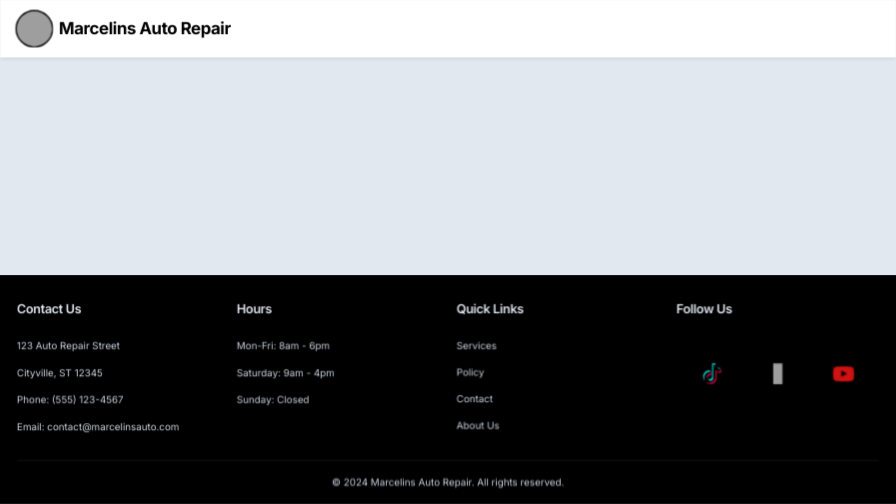
Repository: ilovegames507/twebsite-2
Page: frontend/public/login.html
These files come from the project's save history. The page is drawn as it stood at one moment and after the next save; the edit follows.
The browser window is 1280 px wide. The pictures show the part of the page from y = 0 to 1920 px (the page is 720 px tall before and 8441 px after), at 70% of full size.
Pictures or frames that could not be fetched are drawn as grey boxes.

Above is the page before, as saved 2025-03-17 23:43:09.

After the next save:
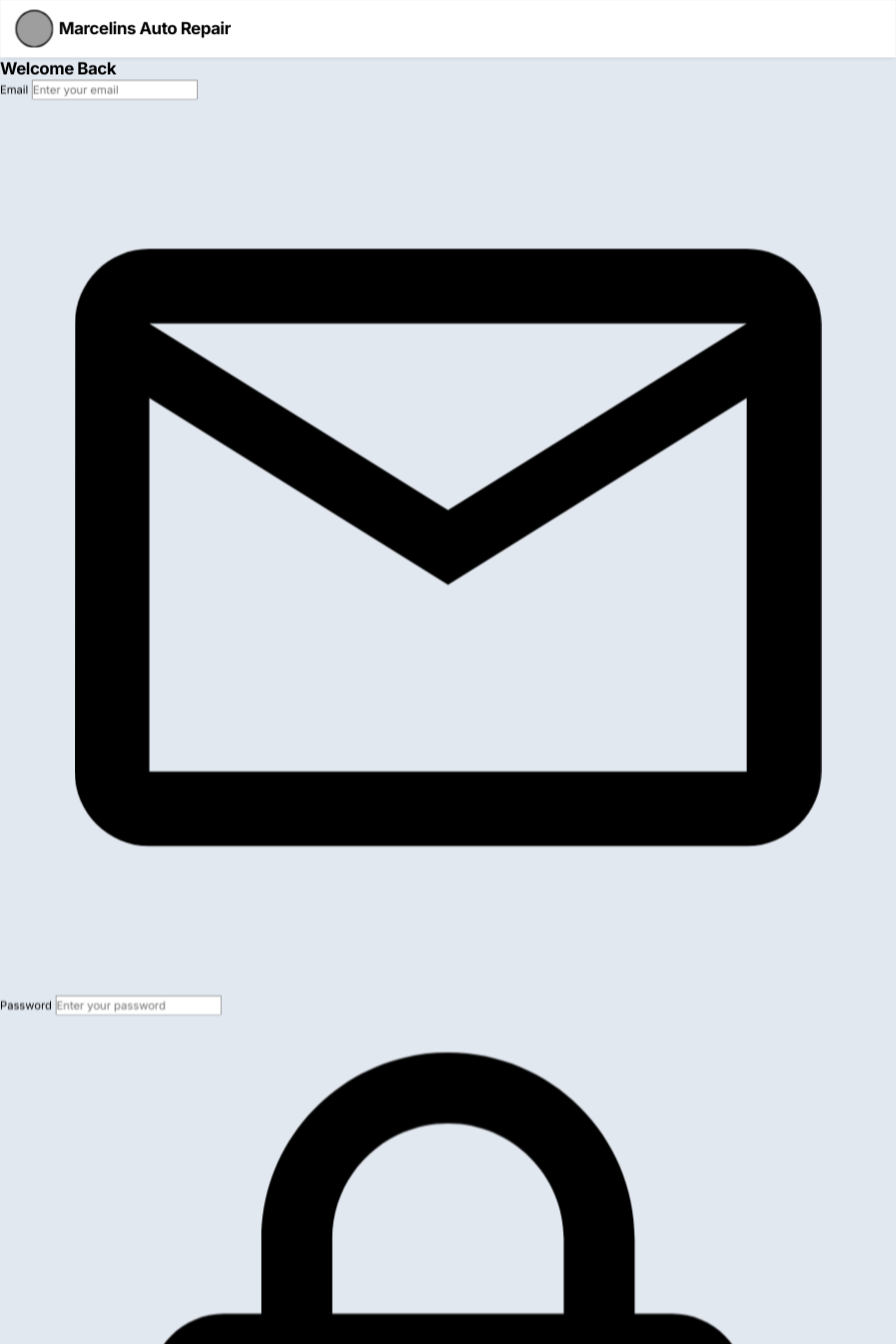
Saved 26 s later.
--- a/frontend/public/login.html
+++ b/frontend/public/login.html
@@ -43,6 +43,90 @@
       </button>
     </div>
   </header>
+  <section class="auth">
+    <div class="auth__container">
+      <!-- Login Form -->
+      <div class="auth__form active" id="loginForm">
+        <h2 class="auth__title">Welcome Back</h2>
+        <form class="auth__content">
+          <div class="auth__field">
+            <label class="auth__label">Email</label>
+            <input type="email" class="auth__input" placeholder="Enter your email" required>
+            <svg class="auth__icon" xmlns="http://www.w3.org/2000/svg" viewBox="0 0 24 24" fill="currentColor">
+              <path d="M20 4H4c-1.1 0-1.99.9-1.99 2L2 18c0 1.1.9 2 2 2h16c1.1 0 2-.9 2-2V6c0-1.1-.9-2-2-2zm0 14H4V8l8 5 8-5v10zm-8-7L4 6h16l-8 5z"/>
+            </svg>
+          </div>
+
+          <div class="auth__field">
+            <label class="auth__label">Password</label>
+            <input type="password" class="auth__input" placeholder="Enter your password" required>
+            <svg class="auth__icon" xmlns="http://www.w3.org/2000/svg" viewBox="0 0 24 24" fill="currentColor">
+              <path d="M18 8h-1V6c0-2.76-2.24-5-5-5S7 3.24 7 6v2H6c-1.1 0-2 .9-2 2v10c0 1.1.9 2 2 2h12c1.1 0 2-.9 2-2V10c0-1.1-.9-2-2-2zm-6 9c-1.1 0-2-.9-2-2s.9-2 2-2 2 .9 2 2-.9 2-2 2zm3.1-9H8.9V6c0-1.71 1.39-3.1 3.1-3.1 1.71 0 3.1 1.39 3.1 3.1v2z"/>
+            </svg>
+          </div>
+
+          <div class="auth__options">
+            <label class="auth__remember">
+              <input type="checkbox" class="auth__checkbox">
+              <span class="auth__checkmark"></span>
+              Remember me
+            </label>
+            <a href="#forgot" class="auth__link">Forgot Password?</a>
+          </div>
+
+          <button type="submit" class="auth__button">Sign In</button>
+
+          <p class="auth__text">Don't have an account?
+            <a href="#signup" class="auth__link auth__link--switch">Create Account</a>
+          </p>
+        </form>
+      </div>
+
+      <!-- Sign Up Form -->
+      <div class="auth__form" id="signupForm">
+        <h2 class="auth__title">Create Account</h2>
+        <form class="auth__content">
+          <div class="auth__field">
+            <label class="auth__label">Full Name</label>
+            <input type="text" class="auth__input" placeholder="Enter your full name" required>
+            <svg class="auth__icon" xmlns="http://www.w3.org/2000/svg" viewBox="0 0 24 24" fill="currentColor">
+              <path d="M12 12c2.21 0 4-1.79 4-4s-1.79-4-4-4-4 1.79-4 4 1.79 4 4 4zm0 2c-2.67 0-8 1.34-8 4v2h16v-2c0-2.66-5.33-4-8-4z"/>
+            </svg>
+          </div>
+
+          <div class="auth__field">
+            <label class="auth__label">Email</label>
+            <input type="email" class="auth__input" placeholder="Enter your email" required>
+            <svg class="auth__icon" xmlns="http://www.w3.org/2000/svg" viewBox="0 0 24 24" fill="currentColor">
+              <path d="M20 4H4c-1.1 0-1.99.9-1.99 2L2 18c0 1.1.9 2 2 2h16c1.1 0 2-.9 2-2V6c0-1.1-.9-2-2-2zm0 14H4V8l8 5 8-5v10zm-8-7L4 6h16l-8 5z"/>
+            </svg>
+          </div>
+
+          <div class="auth__field">
+            <label class="auth__label">Password</label>
+            <input type="password" class="auth__input" placeholder="Create a password" required>
+            <svg class="auth__icon" xmlns="http://www.w3.org/2000/svg" viewBox="0 0 24 24" fill="currentColor">
+              <path d="M18 8h-1V6c0-2.76-2.24-5-5-5S7 3.24 7 6v2H6c-1.1 0-2 .9-2 2v10c0 1.1.9 2 2 2h12c1.1 0 2-.9 2-2V10c0-1.1-.9-2-2-2zm-6 9c-1.1 0-2-.9-2-2s.9-2 2-2 2 .9 2 2-.9 2-2 2zm3.1-9H8.9V6c0-1.71 1.39-3.1 3.1-3.1 1.71 0 3.1 1.39 3.1 3.1v2z"/>
+            </svg>
+          </div>
+
+          <div class="auth__field">
+            <label class="auth__label">Confirm Password</label>
+            <input type="password" class="auth__input" placeholder="Confirm your password" required>
+            <svg class="auth__icon" xmlns="http://www.w3.org/2000/svg" viewBox="0 0 24 24" fill="currentColor">
+              <path d="M18 8h-1V6c0-2.76-2.24-5-5-5S7 3.24 7 6v2H6c-1.1 0-2 .9-2 2v10c0 1.1.9 2 2 2h12c1.1 0 2-.9 2-2V10c0-1.1-.9-2-2-2zm-6 9c-1.1 0-2-.9-2-2s.9-2 2-2 2 .9 2 2-.9 2-2 2zm3.1-9H8.9V6c0-1.71 1.39-3.1 3.1-3.1 1.71 0 3.1 1.39 3.1 3.1v2z"/>
+            </svg>
+          </div>
+
+          <button type="submit" class="auth__button">Sign Up</button>
+
+          <p class="auth__text">Already have an account?
+            <a href="#login" class="auth__link auth__link--switch">Sign In</a>
+          </p>
+        </form>
+      </div>
+    </div>
+  </section>
 
 
   <footer class="footer">
